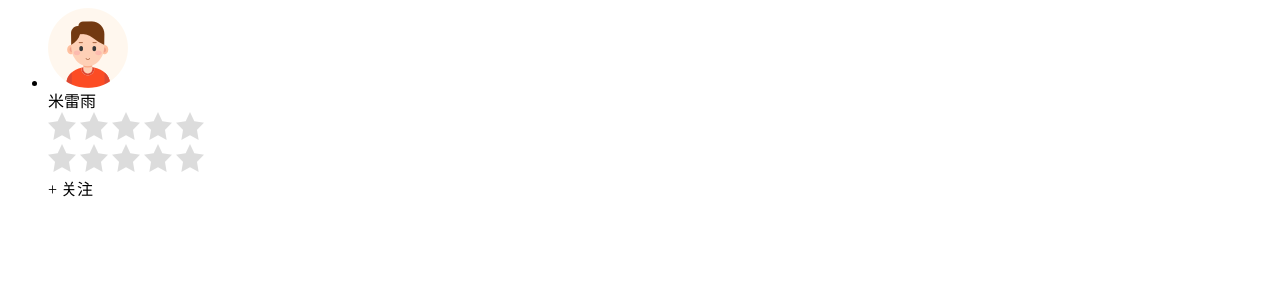
Repository: 1yanglulu/-
Page: html/pingjiadingzhi.html
An editor plug-in stored every save of this project. The page is shown before and after the next save, followed by the edit.
The browser window is 1280 px wide. The pictures show the whole page.

Above is the page before, as saved 2020-01-10 16:20:23.

### html/pingjiadingzhi.html
<ul class="special-review-box">
  <li class="special-review-item">
    <div class="fix-avatar-box clearfix">
      <div class="fix-inner-lf fl">
        <img src="../images/defaultImg.png">
      </div>
      <div class="fix-inner-con fl">
        <div class="fix-inner-con-first-top">米雷雨</div>
        <div class="fix-inner-con-first-bom">
          <img src="../images/unlightstar.png" alt="">
          <img src="../images/unlightstar.png" alt="">
          <img src="../images/unlightstar.png" alt="">
          <img src="../images/unlightstar.png" alt="">
          <img src="../images/unlightstar.png" alt="">
        </div>
        <div>
          <img src="../images/unlightstar.png" alt="">
          <img src="../images/unlightstar.png" alt="">
          <img src="../images/unlightstar.png" alt="">
          <img src="../images/unlightstar.png" alt="">
          <img src="../images/unlightstar.png" alt="">
        </div>
      </div>
      <div class="fix-inner-rg fn fr">
        <span>+</span>
        <span>关注</span>
      </div>
    </div>
  </li>
</ul>

After the next save:
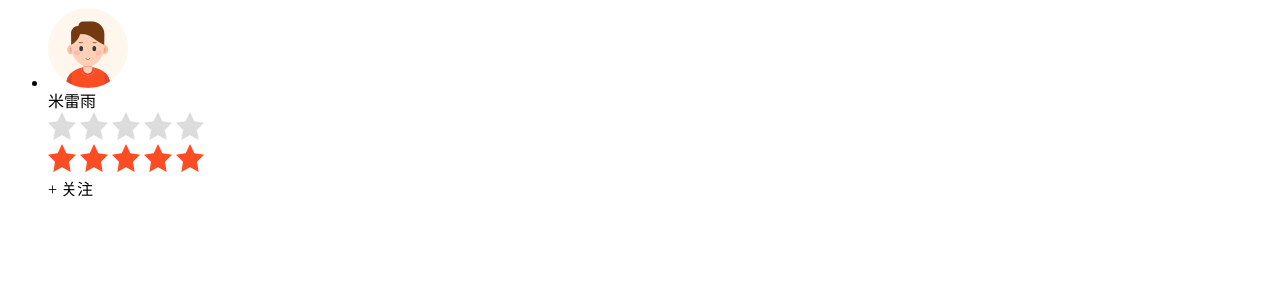
Saved 23 s later.
--- a/html/pingjiadingzhi.html
+++ b/html/pingjiadingzhi.html
@@ -7,18 +7,18 @@
       <div class="fix-inner-con fl">
         <div class="fix-inner-con-first-top">米雷雨</div>
         <div class="fix-inner-con-first-bom">
-          <img src="../images/unlightstar.png" alt="">
-          <img src="../images/unlightstar.png" alt="">
-          <img src="../images/unlightstar.png" alt="">
-          <img src="../images/unlightstar.png" alt="">
-          <img src="../images/unlightstar.png" alt="">
+          <img src="../images/unlightstar.png" >
+          <img src="../images/unlightstar.png" >
+          <img src="../images/unlightstar.png" >
+          <img src="../images/unlightstar.png" >
+          <img src="../images/unlightstar.png" >
         </div>
         <div>
-          <img src="../images/unlightstar.png" alt="">
-          <img src="../images/unlightstar.png" alt="">
-          <img src="../images/unlightstar.png" alt="">
-          <img src="../images/unlightstar.png" alt="">
-          <img src="../images/unlightstar.png" alt="">
+          <img src="../images/lightstar.png" >
+          <img src="../images/lightstar.png" >
+          <img src="../images/lightstar.png" >
+          <img src="../images/lightstar.png" >
+          <img src="../images/lightstar.png" >
         </div>
       </div>
       <div class="fix-inner-rg fn fr">
